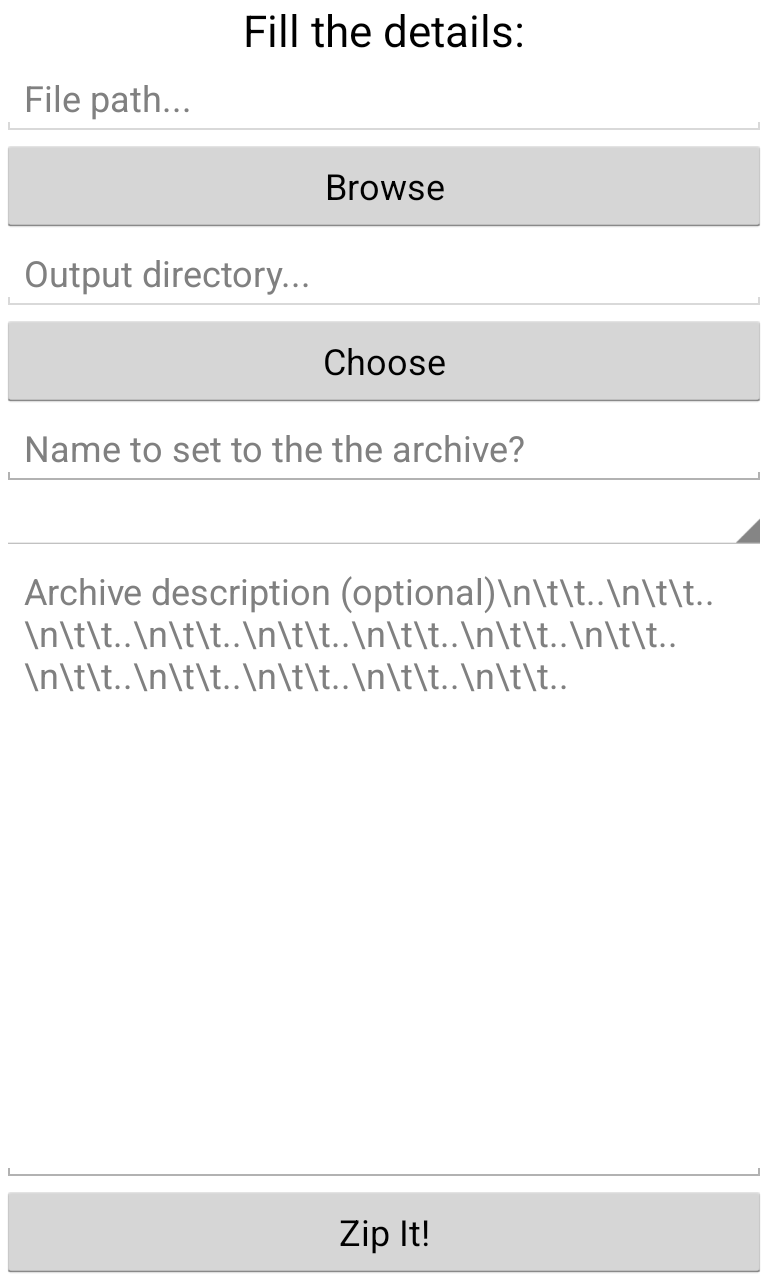
Repository: ya-ivanov/Android-Projects
Layout: Android Projects (OLD)/Zip It!/ZipIt/res/layout/activity_main.xml
An editor plug-in stored every save of this project. The layout is shown before and after the next save, followed by the edit.
It is drawn on a 768 x 1280 px phone screen (xhdpi) without system bars, with theme AppTheme; the app's code is not run.

Above is the layout before, as saved 2013-12-12 18:38:54.

### Android Projects (OLD)/Zip It!/ZipIt/res/layout/activity_main.xml
<LinearLayout xmlns:android="http://schemas.android.com/apk/res/android"
    android:layout_width="fill_parent"
    android:layout_height="fill_parent"
    android:orientation="vertical" >

    <TextView
        android:id="@+id/textView1"
        android:layout_width="match_parent"
        android:layout_height="wrap_content"
        android:gravity="center_horizontal"
        android:text="Fill the details:"
        android:textAppearance="?android:attr/textAppearanceLarge" />

    <EditText
        android:id="@+id/files"
        android:layout_width="match_parent"
        android:layout_height="wrap_content"
        android:ems="10"
        android:enabled="false"
        android:hint="File path..."
        android:singleLine="true" />

    <Button
        android:id="@+id/browse"
        android:layout_width="match_parent"
        android:layout_height="wrap_content"
        android:text="Browse" />

    <EditText
        android:id="@+id/endDir"
        android:layout_width="match_parent"
        android:layout_height="wrap_content"
        android:ems="10"
        android:enabled="false"
        android:hint="Output directory..."
        android:singleLine="true" />

    <Button
        android:id="@+id/choose"
        android:layout_width="match_parent"
        android:layout_height="wrap_content"
        android:text="Choose" />

    <LinearLayout
        android:layout_width="match_parent"
        android:layout_height="wrap_content" >

        <EditText
            android:id="@+id/archiveName"
            android:layout_width="match_parent"
            android:layout_height="wrap_content"
            android:layout_weight="1"
            android:ems="10"
            android:hint="Name to set to the the archive?"
            android:singleLine="true" />

    </LinearLayout>

    <Spinner
        android:id="@+id/spinner"
        android:layout_width="fill_parent"
        android:layout_height="wrap_content" />

    <EditText
        android:id="@+id/desk"
        android:layout_width="match_parent"
        android:layout_height="wrap_content"
        android:layout_weight="1"
        android:ems="10"
        android:hint="Archive description (optional)\n\t\t..\n\t\t..\n\t\t..\n\t\t..\n\t\t..\n\t\t..\n\t\t..\n\t\t..\n\t\t..\n\t\t..\n\t\t..\n\t\t..\n\t\t.."
        android:gravity="top" >

    </EditText>

    <Button
        android:id="@+id/button1"
        android:layout_width="match_parent"
        android:layout_height="wrap_content"
        android:text="Zip It!" />

</LinearLayout>

Loaded but not shown: Android Projects (OLD)/Zip It!/ZipIt/res/values/styles.xml (common file); Android Projects (OLD)/Zip It!/ZipIt/res/values-v11/styles.xml (common file); Android Projects (OLD)/Zip It!/ZipIt/res/values-v14/styles.xml (common file)

After the next save:
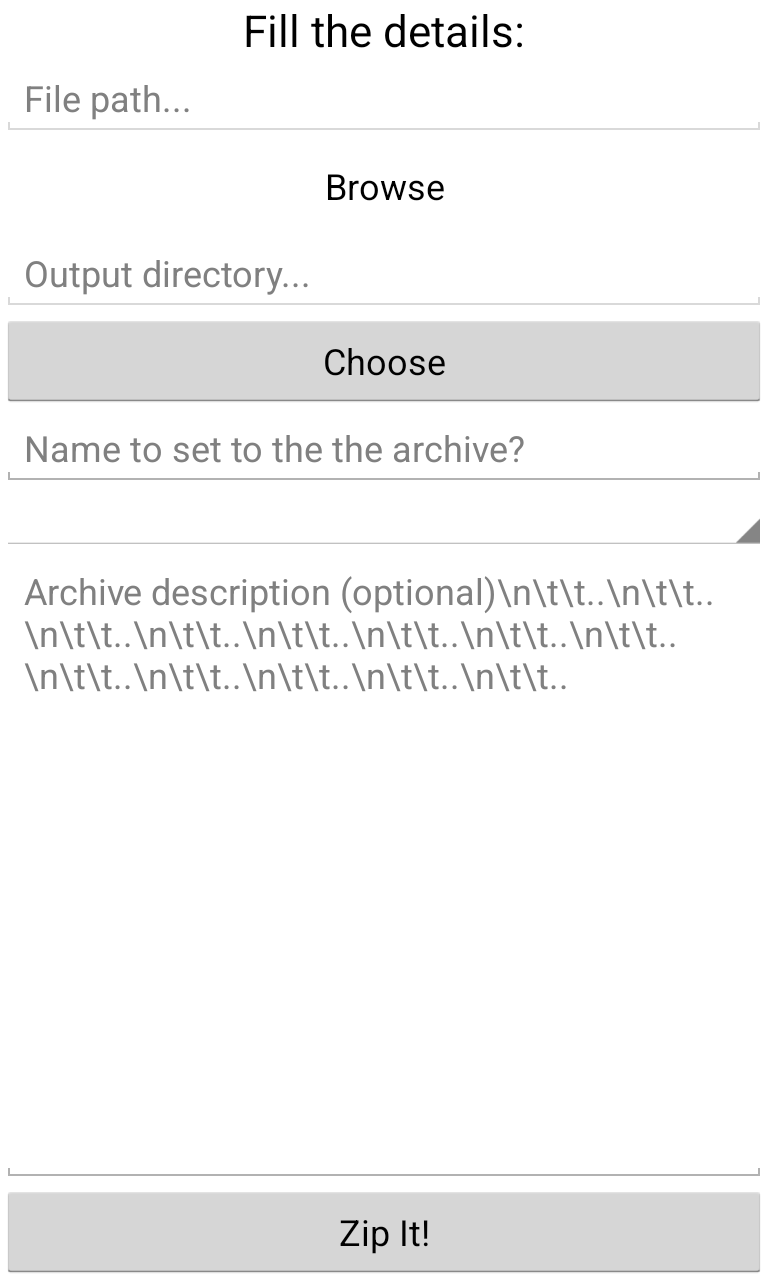
Saved 3 min 41 s later.
--- a/Android Projects (OLD)/Zip It!/ZipIt/res/layout/activity_main.xml
+++ b/Android Projects (OLD)/Zip It!/ZipIt/res/layout/activity_main.xml
@@ -24,6 +24,7 @@
         android:id="@+id/browse"
         android:layout_width="match_parent"
         android:layout_height="wrap_content"
+        android:background="#ffffff"
         android:text="Browse" />
 
     <EditText
